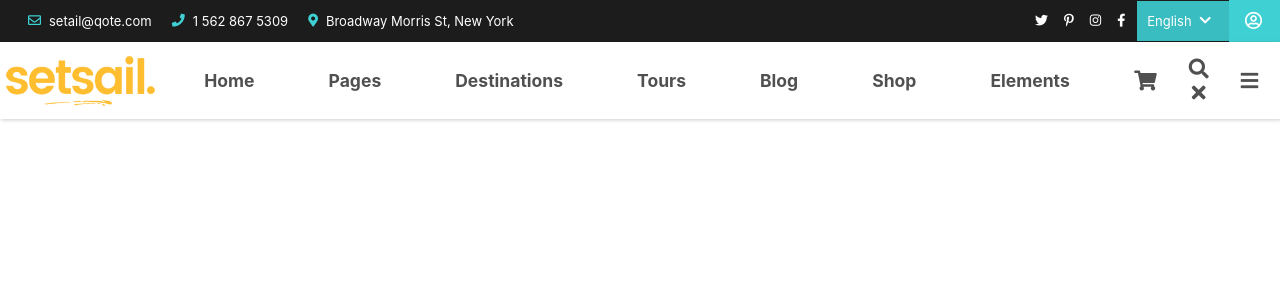
Repository: Hunga9k50doker/Setail
Page: /
These files come from the project's save history. The page is drawn as it stood at one moment and after the next save; the edit follows.
The browser window is 1280 px wide. The pictures show the whole page.
The project was rebuilt for these pictures with package versions that can differ from the ones it lists, and the page was loaded fresh each time.

Above is the page before, as saved 2021-10-21 12:25:01.

After the next save:
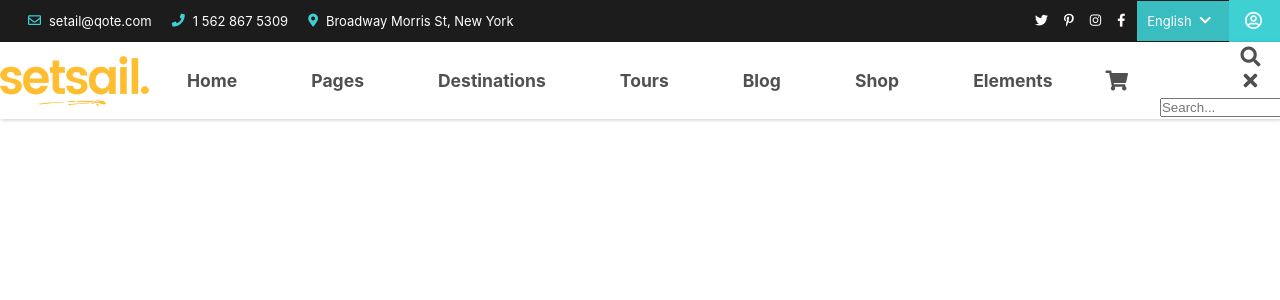
Saved 6 s later.
--- a/src/components/Navigation/Nav.js
+++ b/src/components/Navigation/Nav.js
@@ -191,7 +191,7 @@ const Nav = () => {
           <i className="fas fa-search"></i>
           <div className="search-modal">
             <i class="fas fa-times"></i>
-            <imput type="text" className="search-input" placeholder="Search..." />
+            <input type="text" className="search-input" placeholder="Search..." />
           </div>
         </li>
         <li className="nav__innerRight-item nav__innerRight-item-category">
